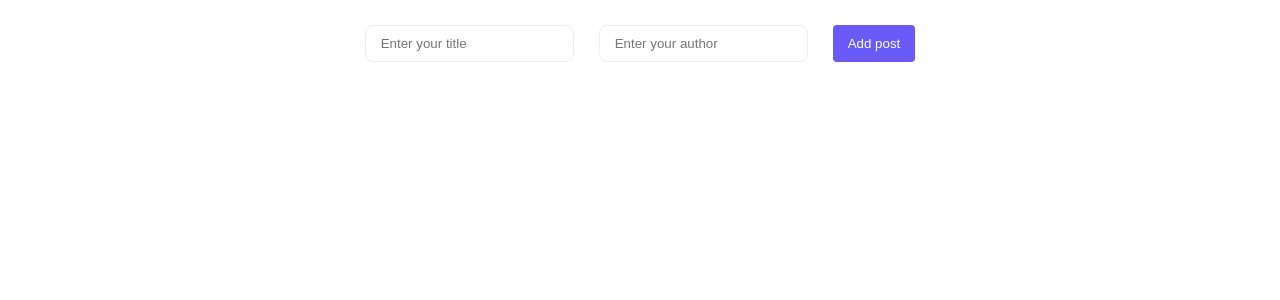
Repository: thuan711/All-about-JS
Page: api/api.html
The author's editor kept a copy of each file at every save. The page is drawn from the files as they stood at one save, then again after the next save.
The browser window is 1280 px wide. The pictures show the whole page.

Above is the page before, as saved 2023-01-22 17:17:50.

After the next save:
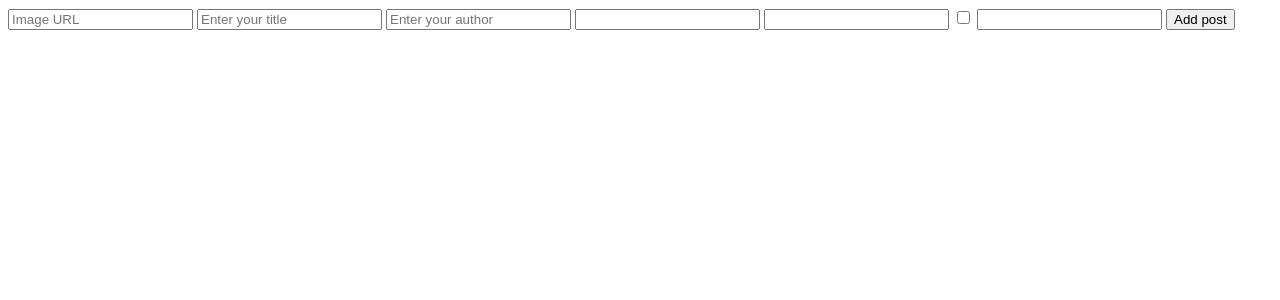
Console error: TypeError: Cannot read properties of null (reading 'addEventListener')
Saved 21 min 29 s later.
--- a/api/api.html
+++ b/api/api.html
@@ -150,12 +150,22 @@
         <img src="https://source.unsplash.com/random" alt="">
     </div>
     <button class="load-more">Load more</button> -->
-    <form class="form-post">
+    <!-- <form class="form-post">
         <input type="text" name="title" placeholder="Enter your title">
         <input type="text" name="author" placeholder="Enter your author"/>
         <button type="submit">Add post</button>
     </form>
+    <script src="./placeholder.js"></script> -->
+    <form>
+        <input type="text" name="image" placeholder="Image URL">
+        <input type="text" name="title" placeholder="Enter your title">
+        <input type="text" name="author" placeholder="Enter your author">
+        <input type="number" name="rating">
+        <input type="number" name="price">
+        <input type="checkbox" name="bestSeller">
+        <input type="number" name="buyAmount">
+        <button type="submit">Add post</button>
+    </form>
     <script src="./placeholder.js"></script>
-
 </body>
 </html>
